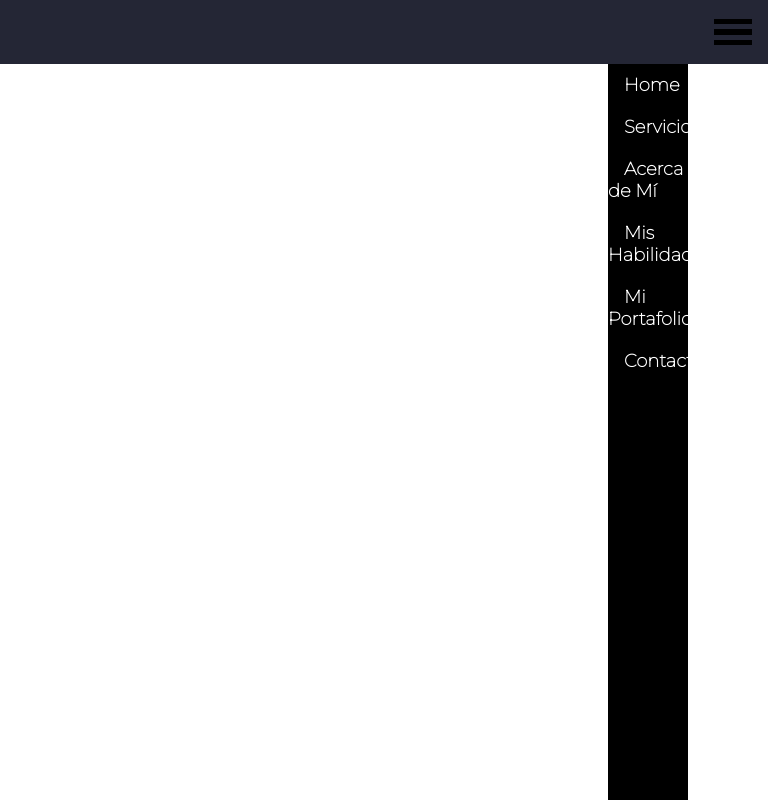
Repository: RobertAries28/PortafolioRobertEscalanteGomez2022
Page: index.html
These files come from the project's save history. The page is drawn as it stood at one moment and after the next save; the edit follows.
The browser window is 768 px wide. The pictures show the whole page.

Above is the page before, as saved 2022-02-12 01:05:09.

### index.html
<!DOCTYPE html>
<html lang="en">
<head>
    <meta charset="UTF-8">
    <meta http-equiv="X-UA-Compatible" content="IE=edge">
    <meta name="viewport" content="width=device-width, initial-scale=1.0">
    <link rel="preconnect" href="https://fonts.googleapis.com">
<link rel="preconnect" href="https://fonts.gstatic.com" crossorigin>
<link href="https://fonts.googleapis.com/css2?family=Montserrat:wght@100&display=swap" rel="stylesheet">
    <link rel="stylesheet" href="estilos.css">
    <title>Document</title>
</head>
<body>
    <header class="main-header">
        <div class="l-container">

        <div class="main-menu-toggle" id="main-menu-toggle"></div>
             <nav class="main-nav" id="main-nav">
                 <ul class="main-menu">
                       <li class="main-menu__item">
                           <a class="main-menu__link" href="#">
                              Home
                           </a>
                       </li>

                       <li class="main-menu__item">
                         <a class="main-menu__link" href="#">
                           Servicios
                         </a>
                       </li>

                       <li class="main-menu__item">
                        <a class="main-menu__link" href="#">
                          Acerca de Mí
                        </a>
                       </li>


                     <li class="main-menu__item">
                         <a class="main-menu__link" href="#">
                           Mis Habilidades
                         </a>
                     </li>

                     <li class="main-menu__item">
                        <a class="main-menu__link" href="#">
                         Mi Portafolio
                        </a>
                    </li>

                    <li class="main-menu__item">
                        <a class="main-menu__link" href="#">
                         Contacto
                        </a>
                    </li>


                 </ul>
             </nav>
        </div>
     </header>
    <script src="javascript.js"></script>
</body>
</html>

### estilos.css
body{
    margin: 0;
}

.main-header{
    height: 4rem;
    background: #242635;


}
.l-container{
    max-width: 100%;
    padding-left: 1rem;
    padding-right: 1rem;
    display: flex;
    justify-content: space-between;
    align-items: center;

    height: 100%;
    color: white;

}
.main-menu{
    margin-top: 0;
    margin-bottom: 0;
    padding-left: 0;
    list-style: none;
    display: flex;
}

.main-menu li{
    padding: 0 20px;
}

a{
  text-decoration: none;
  color: white;
  font-family: 'Montserrat', sans-serif;
  font-size: 18px;
  font-weight: bold;
}



@media screen and ( max-width: 768px){



.main-menu__item{
    padding: .5rem 0 .5rem 1rem
}

.main-menu__link{
    color: white;
    margin-left: 1rem;
}



.main-nav{
    position: fixed;
    height: calc(100vh - 4rem);
    width: 80px;
    background: black;
    top: 4rem;
    right: 80px;




}

.main-menu{
    flex-direction: column;
}

.main-menu li{
    padding: 10px 0;
}



.show{
left: 0px;
transition-duration: 1s;
transition-timing-function:ease-in-out

}

 :not(.show){
     transition-duration: 1s;
  transition-timing-function: ease-in
 }


.main-menu-toggle{
    width: 2.4rem;
    margin-left: calc(100% - 38.4px);
    height: 1.6rem;
    background: linear-gradient(black 20%, transparent 20%, transparent 40%, black 40%, black 60%, transparent 60%, transparent 80%, black 80%);
    cursor: pointer;

}
}

### javascript.js
 const showMenu = (toggleId, navId) =>{
               const toggle = document.getElementById(toggleId),
               nav = document.getElementById(navId)

               if(toggle && nav){
                   toggle.addEventListener('mouseover' , ()=>{
                       nav.classList.toggle('show')
                   })



               }

               if(toggle && nav){
                   toggle.addEventListener('mouseout' , ()=>{
                       nav.classList.toggle('show')
                   })



               }



           }
           showMenu('main-menu-toggle','main-nav')

After the next save:
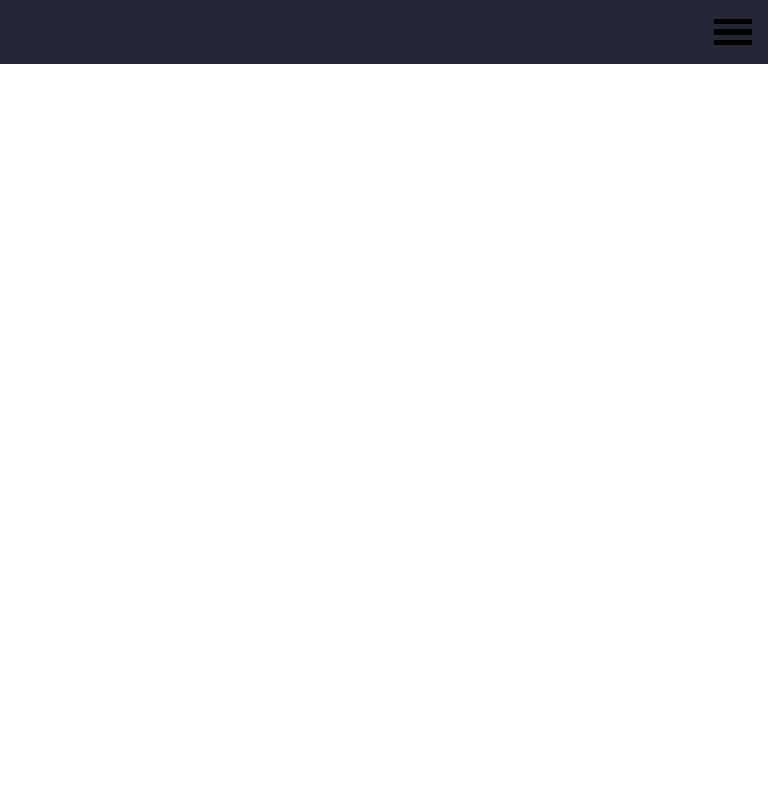
Saved 23 s later.
--- a/estilos.css
+++ b/estilos.css
@@ -60,10 +60,10 @@
 .main-nav{
     position: fixed;
     height: calc(100vh - 4rem);
-    width: 80px;
+    width: 80wh;
     background: black;
     top: 4rem;
-    right: 80px;
+    right: -80vw;
 
 
 
